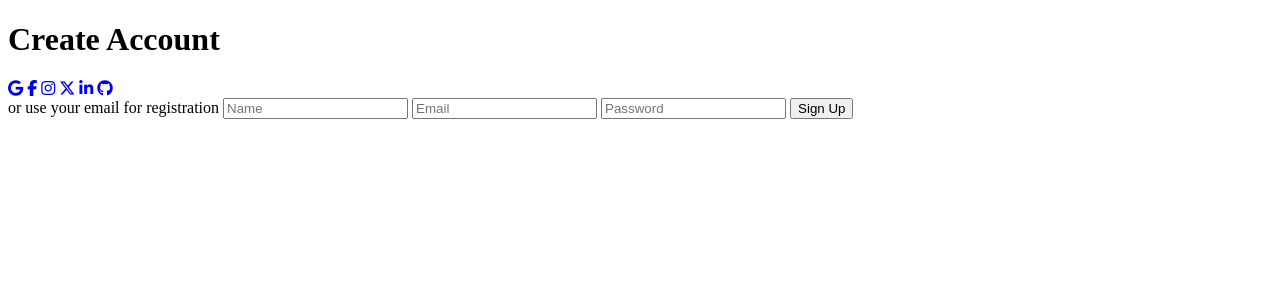
Repository: DevMike1993/Animated_Login_Page
Page: index.html
An editor plug-in stored every save of this project. The page is shown before and after the next save, followed by the edit.
The browser window is 1280 px wide. The pictures show the whole page.

Above is the page before, as saved 2023-12-17 19:38:08.

### index.html
<!DOCTYPE html>
<html lang="en">
<head>
    <meta charset="UTF-8">
    <meta name="viewport" content="width=device-width, initial-scale=1.0">
    <link rel="stylesheet" href="https://cdnjs.cloudflare.com/ajax/libs/font-awesome/6.5.1/css/all.min.css">
    <link rel="stylesheet" href="style.css">
    <title>Animated Login Page</title>
</head>
<body>

    <div class="container" id="container">
        <div class="form-container sign-up">
            <form>
                <h1>Create Account</h1>
                <div class="social-icons">
                    <a href="#" class="icon"><i class="fa-brands fa-google"></i></a>
                    <a href="#" class="icon"><i class="fa-brands fa-facebook-f"></i></a>
                    <a href="#" class="icon"><i class="fa-brands fa-instagram"></i></a>
                    <a href="#" class="icon"><i class="fa-brands fa-x-twitter"></i></a>
                    <a href="#" class="icon"><i class="fa-brands fa-linkedin-in"></i></a>
                    <a href="#" class="icon"><i class="fa-brands fa-github"></i></a>
                </div>
                <span>or use your email for registration</span>
                <input type="text" placeholder="Name">
                <input type="email" placeholder="Email">
                <input type="password" placeholder="Password">
                <button>Sign Up</button>
            </form>
        </div>
    </div>

    <script src="script.js"></script>
</body>
</html>

### style.css
@import url('https://fonts.googleapis.com/css2?family=Montserrat:ital,wght@0,200;0,300;0,400;0,500;0,600;1,200;1,300&family=Poppins&display=swap');

Loaded but not shown: script.js (no copy from this time; the picture is the same without it)

After the next save:
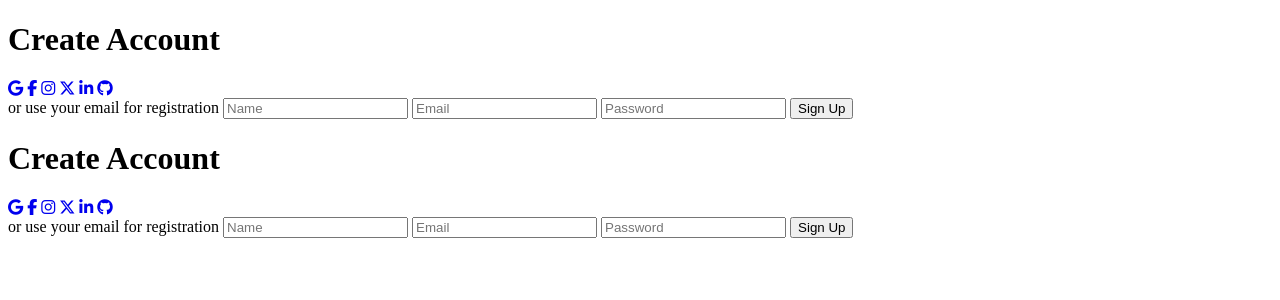
Saved 43 s later.
--- a/index.html
+++ b/index.html
@@ -28,6 +28,24 @@
                 <button>Sign Up</button>
             </form>
         </div>
+        <div class="form-container sign-up">
+            <form>
+                <h1>Create Account</h1>
+                <div class="social-icons">
+                    <a href="#" class="icon"><i class="fa-brands fa-google"></i></a>
+                    <a href="#" class="icon"><i class="fa-brands fa-facebook-f"></i></a>
+                    <a href="#" class="icon"><i class="fa-brands fa-instagram"></i></a>
+                    <a href="#" class="icon"><i class="fa-brands fa-x-twitter"></i></a>
+                    <a href="#" class="icon"><i class="fa-brands fa-linkedin-in"></i></a>
+                    <a href="#" class="icon"><i class="fa-brands fa-github"></i></a>
+                </div>
+                <span>or use your email for registration</span>
+                <input type="text" placeholder="Name">
+                <input type="email" placeholder="Email">
+                <input type="password" placeholder="Password">
+                <button>Sign Up</button>
+            </form>
+        </div>
     </div>
 
     <script src="script.js"></script>
